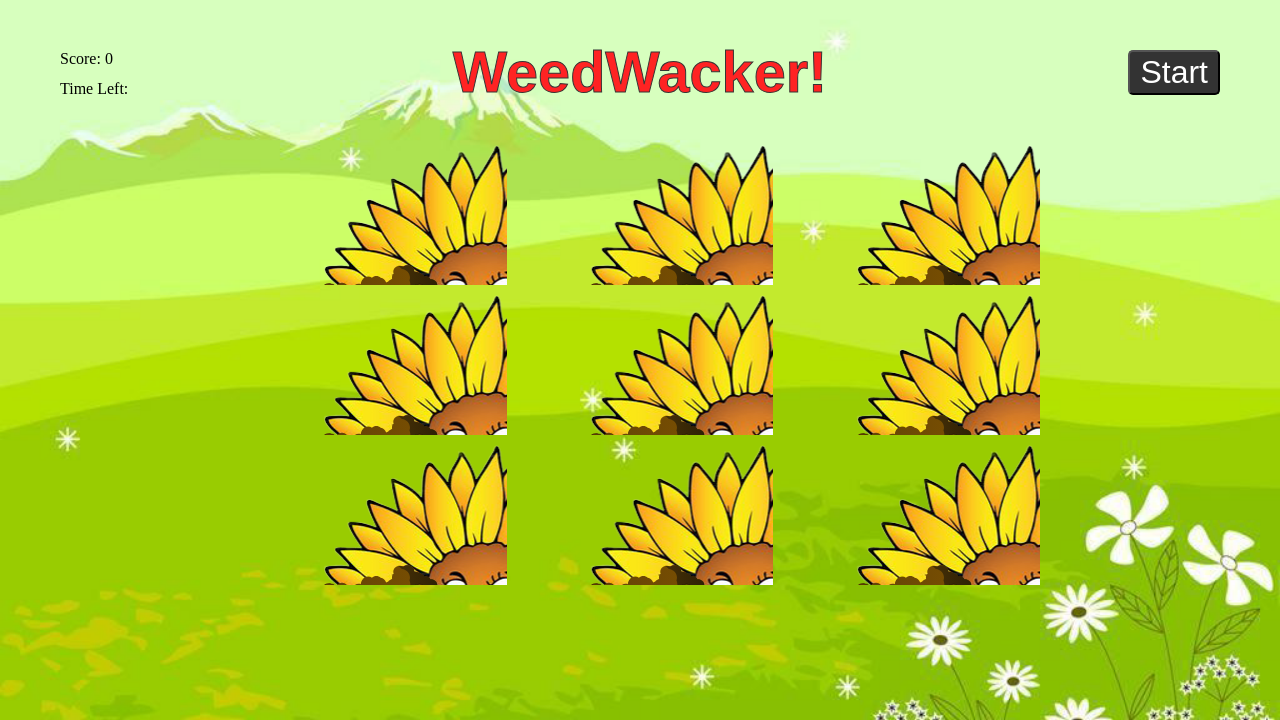
Repository: AustinW24/weedwacker
Page: index.html
The author's editor kept a copy of each file at every save. The page is drawn from the files as they stood at one save, then again after the next save.
The browser window is 1280 px wide. The pictures show the whole page.
Some web fonts or font styles are not loaded; a fallback is used.

Above is the page before, as saved 2022-02-11 09:53:00.

### index.html
<!DOCTYPE html>
<html lang="en">
<head>
    <meta charset="UTF-8">
    <meta name="viewport" content="width=device-width, initial-scale=1.0">
    <meta http-equiv="X-UA-Compatible" content="ie=edge">
    <title>WeedWacker</title>
    <link href="http://fonts.cdnfonts.com/css/common-pixel" rel="stylesheet">
    <link rel="stylesheet" href="style.css">
</head>

<body>
    <div class="container">
        <div class="score">Score: 0</div>
        <div class="timer">Time Left: </div>
        <div class="heading">
            <h1 class="title">WeedWacker!</h1>
        </div>
        <div class="start">
            <button onClick="startGame()">Start</button>
        </div>
        <div class="game">
            <div class="hole hole1">
                <div class="plant"></div>
            </div>
            <div class="hole hole2">
                <div class="plant"></div>
            </div>
            <div class="hole hole3">
                <div class="plant"></div>
            </div>
            <div class="hole hole4">
                <div class="plant"></div>
            </div>
            <div class="hole hole5">
                <div class="plant"></div>
            </div>
            <div class="hole hole6">
                <div class="plant"></div>
            </div>
            <div class="hole hole7">
                <div class="plant"></div>
            </div>
            <div class="hole hole8">
                <div class="plant"></div>
            </div>
            <div class="hole hole9">
                <div class="plant"></div>
            </div>
        </div>
    </div>
            <script src="main.js"></script>
</body>
</html>

### style.css
html {
    box-sizing: border-box;
    margin: 0 auto;
}

*,
*:before,
*:after {
    box-sizing: inherit;
}

body {
    margin: 0;
    padding: 0;
}

.container {
    height: 100vh;
    width: 100vw;
    background: url("/assets/wwbackground.png") no-repeat center;
    background-size: 100%;
    display: flex;
    align-items: center;
    justify-content: center;
    position: relative;
}

.hole {
   flex: 1 0 33.33%;
   overflow: hidden;
   position: relative;
   margin-top: 10px;
}

.hole::after {
    display: block;
    background: url("/assets/dirt.svg") bottom center no-repeat;
    background-size: contain;
    content: '';
    position: absolute;
    width: 100%;
    height: 60px;
    bottom: -40px;
    z-index: 2;
}

.plant {
    background-size: 50%;
    top: 100%;
    height: 100%;
    width: 100%;
    /* display: none; */
    background: url("/assets/happyflower.png")
}

.hole.up .plant {
    top: 0;
    display: block;

}

.game {
    display: flex;
    flex-wrap: wrap;
    width: 800px;
    height: 450px;
    margin: 0 auto;
}


button {
    font-size: 2rem;
    cursor: pointer;
    background: #333;
    color: #fff;
    border-radius: 5px;
    padding: 2px 10px 2px 10px;
}

.heading {
    display: flex;
    position: absolute;
    top: 0;
    margin-top: 0%;
    font-family: 'Common Pixel', sans-serif;
    color: rgb(255, 35, 35);
    font-size: 2vw;
    font-size: 4vh;
    -webkit-text-stroke-width: 1px;
    -webkit-text-stroke-color: rgb(53, 53, 53);
}

.score {
    left: 0;
    position: absolute;
    top: 0;
    margin-top: 50px;
    margin-left: 60px;
}

.start {
    right: 0;
    position: absolute;
    top: 0;
    margin-top: 50px;
    margin-right: 60px;
}

.timer {
    left: 0;
    position: absolute;
    top: 0;
    margin-top: 80px;
    margin-left: 60px;
}

### main.js
const holes = document.querySelectorAll('.hole');
const scoreBoard = document.querySelector('.score');
const plants = document.querySelectorAll('.plant');
const start = document.querySelector('.start');
const timer = document.querySelector('.timer');
let lastHole;
let timeUp = false;
let score = 0;
let currentTime = 10;

Loaded but not shown: assets/dirt.svg (40 lines, source omitted)

After the next save:
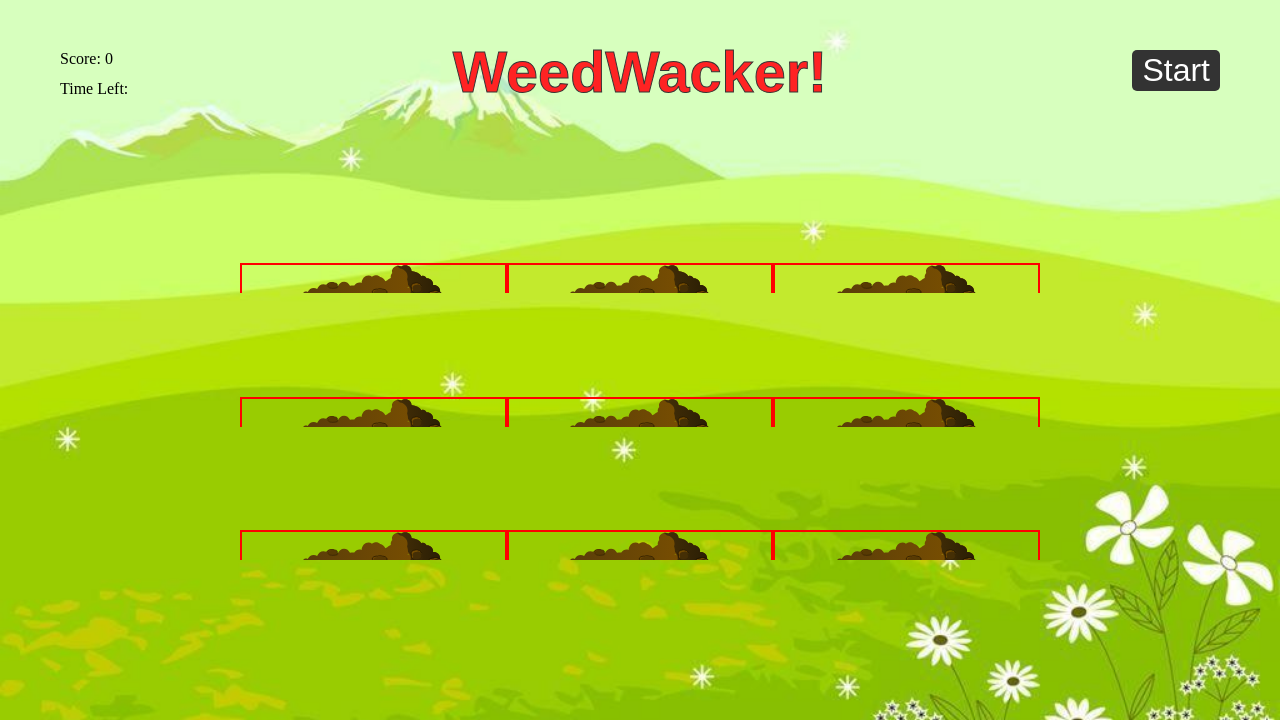
Saved 51 s later.
--- a/style.css
+++ b/style.css
@@ -1,37 +1,45 @@
-html {
+html{
     box-sizing: border-box;
     margin: 0 auto;
 }
 
-*,
-*:before,
-*:after {
+*, *:before, *:after {
     box-sizing: inherit;
 }
 
 body {
     margin: 0;
     padding: 0;
+
 }
 
 .container {
     height: 100vh;
     width: 100vw;
-    background: url("/assets/wwbackground.png") no-repeat center;
+    background: url("/assets/wwbackground.jpg") no-repeat center;
     background-size: 100%;
     display: flex;
     align-items: center;
     justify-content: center;
     position: relative;
+    overflow: hidden;
+}
+
+.game {
+    display: flex;
+    flex-wrap: wrap;
+    width: 800px;
+    height: 400px;
+    margin: 0 auto;
 }
 
 .hole {
-   flex: 1 0 33.33%;
-   overflow: hidden;
-   position: relative;
-   margin-top: 10px;
+    flex: 1 0 33.33%;
+    overflow: hidden;
+    position: relative;
+    margin-top: 10px;
+
 }
-
 .hole::after {
     display: block;
     background: url("/assets/dirt.svg") bottom center no-repeat;
@@ -40,41 +48,33 @@ body {
     position: absolute;
     width: 100%;
     height: 60px;
-    bottom: -40px;
     z-index: 2;
+    bottom: -30px;
+    border: 2px solid red;
 }
 
 .plant {
     background-size: 50%;
     top: 100%;
+    width: 100%;
     height: 100%;
-    width: 100%;
-    /* display: none; */
-    background: url("/assets/happyflower.png")
+    display: none;
 }
-
 .hole.up .plant {
     top: 0;
     display: block;
-
+    animation: Slide_Up 0.5s ease
 }
-
-.game {
-    display: flex;
-    flex-wrap: wrap;
-    width: 800px;
-    height: 450px;
-    margin: 0 auto;
-}
-
 
 button {
     font-size: 2rem;
     cursor: pointer;
+    border: none;
     background: #333;
     color: #fff;
     border-radius: 5px;
     padding: 2px 10px 2px 10px;
+    transition: all 0.5s ease;
 }
 
 .heading {
@@ -113,3 +113,11 @@ button {
     margin-top: 80px;
     margin-left: 60px;
 }
+
+@keyframes Slide_Up {
+    0% {
+        transform: translateY(100px)
+    }
+    100% {
+        transform: translateY(0)
+    }
